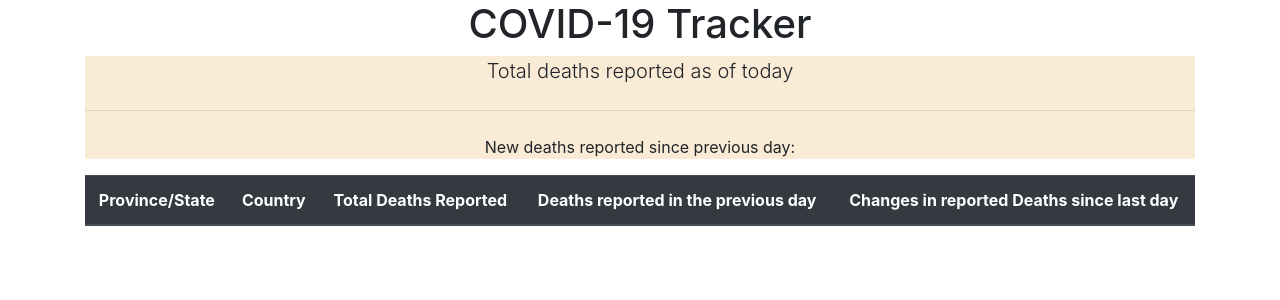
Repository: kimjuneyoung5/Bootcamp-Java
Page: http://localhost/CovidTrackingApp/WEB-INF/deaths.jsp
The author's editor kept a copy of each file at every save. The page is drawn from the files as they stood at one save, then again after the next save.
The browser window is 1280 px wide. The pictures show the whole page.
The page is served by Tomcat 9. Nobody is signed in. Other server files are loaded and not shown. The template is opened directly, without the code that normally fills it, so the values that code supplies are empty.

Above is the page before, as saved 2021-10-01 23:48:48.

### oop/CovidTrackingApp/src/main/webapp/WEB-INF/deaths.jsp
<%@ page language="java" contentType="text/html; charset=UTF-8"
    pageEncoding="UTF-8"%>
<%@ taglib prefix="c" uri="http://java.sun.com/jsp/jstl/core" %>
<%@ taglib prefix="form" uri="http://www.springframework.org/tags/form"%>
<%@ page isErrorPage="true" %>
<!DOCTYPE html>
<html xmlns:th="http://www.thymeleaf.org">
<head>
	<title>COVID-19 Deaths Tracker</title>
	<meta http-equiv="Content-Type" content="text/html; charset=UTF-8" />
    <link rel="stylesheet" href="https://stackpath.bootstrapcdn.com/bootstrap/4.4.1/css/bootstrap.min.css" integrity="sha384-Vkoo8x4CGsO3+Hhxv8T/Q5PaXtkKtu6ug5TOeNV6gBiFeWPGFN9MuhOf23Q9Ifjh" crossorigin="anonymous">
    <style>
    	.container{
    		text-align:center;
    	}
    	.container1{
    		text-align:center;
    		background-color: antiquewhite;
    	}
    </style>
</head>
<body>

<div class="container">
<h1>COVID-19 Tracker</h1>

<div class="container1">
    <h1 class="display-4"><c:out value="${totalReportedDeaths}"/></h1>
    <p class="lead">Total deaths reported as of today</p>
    <hr class="my-4">
    <p>
        <span>New deaths reported since previous day:</span>
        <span><c:out value="${totalNewDeaths}" /></span>
    </p>

</div>
    <table class="table table-dark">
    	<thead>
        	<tr>
            	<th>Province/State</th>
            	<th>Country</th>
            	<th>Total Deaths Reported</th>
            	<th>Deaths reported in the previous day</th>
            	<th>Changes in reported Deaths since last day</th>
        	</tr>
        </thead>
        <tbody>
        	<c:forEach var="deathsStat"  items="${deathsStats}">
        		<tr>
        			<c:if test="${deathsStat.provinceState == ''}">
            			<td><c:out value="${deathsStat.countryRegion}"/></td>
            		</c:if>
            		<c:if test="${deathsStat.provinceState != ''}">
            			<td><c:out value="${deathsStat.provinceState}"/></td>
            		</c:if>
            		<td><c:out value="${deathsStat.countryRegion}"/></td>
            		<td><c:out value="${deathsStat.latestTotalDeaths}"/></td>
            		<td><c:out value="${deathsStat.prevDayDeaths}"/></td>
            		<td><c:out value="${deathsStat.diffFromPrevDay}"/></td>
        		</tr>
        	</c:forEach>
        </tbody>
    </table>
</div>

</body>
</html>

After the next save:
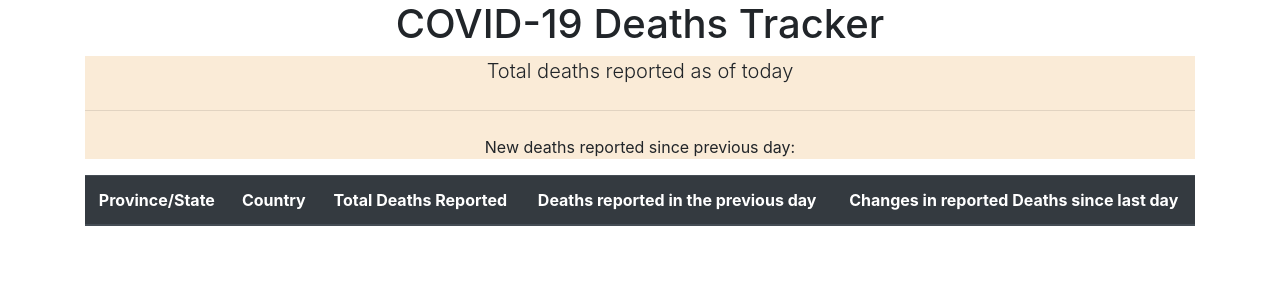
Saved 17 min 37 s later.
--- a/oop/CovidTrackingApp/src/main/webapp/WEB-INF/deaths.jsp
+++ b/oop/CovidTrackingApp/src/main/webapp/WEB-INF/deaths.jsp
@@ -22,7 +22,7 @@
 <body>
 
 <div class="container">
-<h1>COVID-19 Tracker</h1>
+<h1>COVID-19 Deaths Tracker</h1>
 
 <div class="container1">
     <h1 class="display-4"><c:out value="${totalReportedDeaths}"/></h1>
